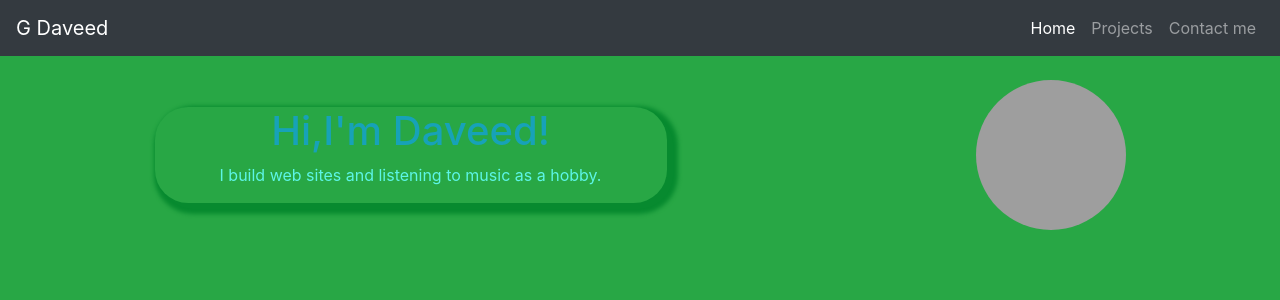
Repository: DaveedGangi/DaveedWebsite
Page: one.html
These files come from the project's save history. The page is drawn as it stood at one moment and after the next save; the edit follows.
The browser window is 1280 px wide. The pictures show the whole page.
Pictures or frames that could not be fetched are drawn as grey boxes.

Above is the page before, as saved 2023-10-23 11:29:35.

### one.html
<html>
    <head>
    <link rel="stylesheet" href="two.css"></link>
    <link rel="stylesheet" href="https://cdn.jsdelivr.net/npm/bootstrap@4.5.3/dist/css/bootstrap.min.css" integrity="sha384-TX8t27EcRE3e/ihU7zmQxVncDAy5uIKz4rEkgIXeMed4M0jlfIDPvg6uqKI2xXr2" crossorigin="anonymous">
    <script src="https://code.jquery.com/jquery-3.5.1.slim.min.js" integrity="sha384-DfXdz2htPH0lsSSs5nCTpuj/zy4C+OGpamoFVy38MVBnE+IbbVYUew+OrCXaRkfj" crossorigin="anonymous"></script>
    <script src="https://cdn.jsdelivr.net/npm/bootstrap@4.5.3/dist/js/bootstrap.bundle.min.js" integrity="sha384-ho+j7jyWK8fNQe+A12Hb8AhRq26LrZ/JpcUGGOn+Y7RsweNrtN/tE3MoK7ZeZDyx" crossorigin="anonymous"></script>



</head>

<body>
<div class="bgcontainer bg-success">
    <nav class="navbar navbar-expand-lg navbar-dark bg-dark">
        <a class="navbar-brand" href="#">G Daveed</a>
        <button class="navbar-toggler" type="button" data-toggle="collapse" data-target="#navbarNavAltMarkup" aria-controls="navbarNavAltMarkup" aria-expanded="false" aria-label="Toggle navigation">
          <span class="navbar-toggler-icon"></span>
        </button>
        <div class="collapse navbar-collapse" id="navbarNavAltMarkup">
          <div class="navbar-nav ml-auto">
            <a class="nav-link active" href="#">Home <span class="sr-only">(current)</span></a>
            <a class="nav-link" href="#">Projects</a>
            <a class="nav-link" href="#">Contact me</a>

          </div>
        </div>
      </nav>


      <div class="mystory">
        <div class="card1">
        <h1 class="hi text-info">Hi,I'm Daveed!</h1>
        <p class="paragraph">I build web sites and listening to music as a hobby.</p>
      </div>
      <div>
        <img class="image" src="https://i.ibb.co/T4YX7Jh/IMG-20221229-170952.jpg">
      </div>

    </div>





    </div>

</body>
</html>

### two.css
.bgcontainer {
    height:100vh;
    background-size:cover;

}
.mystory{
    color:rgb(93, 245, 230);
    display: flex;
    flex-direction: row;
    padding-top:24px;
    justify-content:space-around;
    align-items: center;

}
.image{
    height:150px;
    width:150px;
    border-radius:100px;
}
.card1{

    width:40vw;
    text-align: center;
    border-radius: 33px;
    display: flex;
    flex-direction: column;
    align-items:center;
    box-shadow:5px 5px 4px 6px rgb(7, 138, 47);
}
.hi{

}

After the next save:
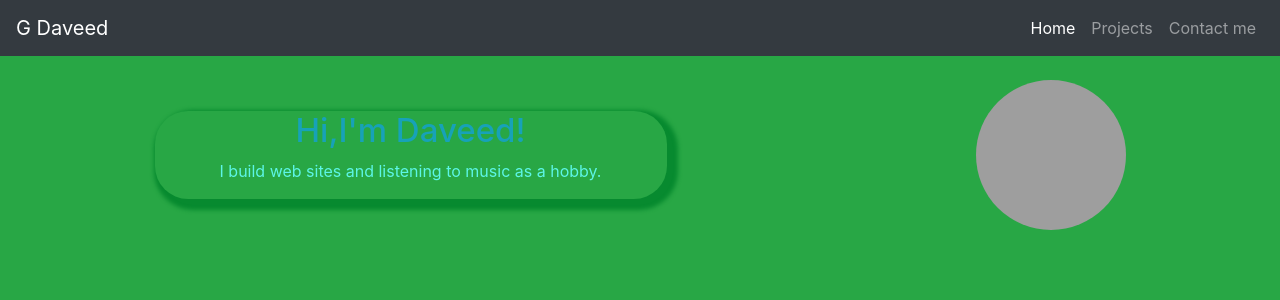
Saved 8 s later.
--- a/two.css
+++ b/two.css
@@ -28,5 +28,5 @@
     box-shadow:5px 5px 4px 6px rgb(7, 138, 47);
 }
 .hi{
-
+    font-size:33px;
 }
